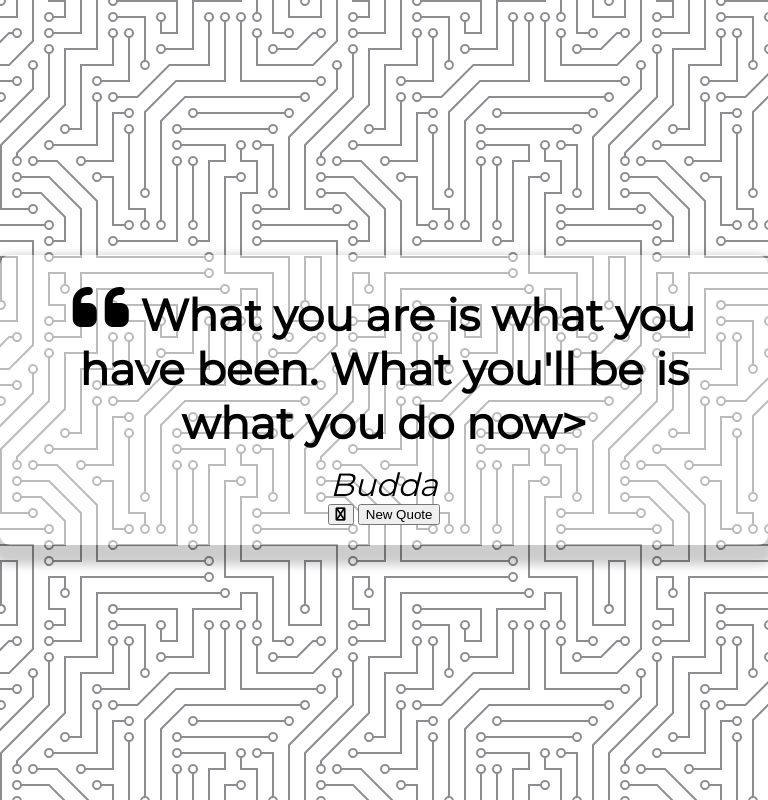
Repository: davidwood3/test-template
Page: .vscode/quote-generator/index.html
These files come from the project's save history. The page is drawn as it stood at one moment and after the next save; the edit follows.
The browser window is 768 px wide. The pictures show the whole page.
Some web libraries are served in a nearby version.

Above is the page before, as saved 2023-07-25 19:49:26.
Console error: SyntaxError: Unexpected token '<'

After the next save:
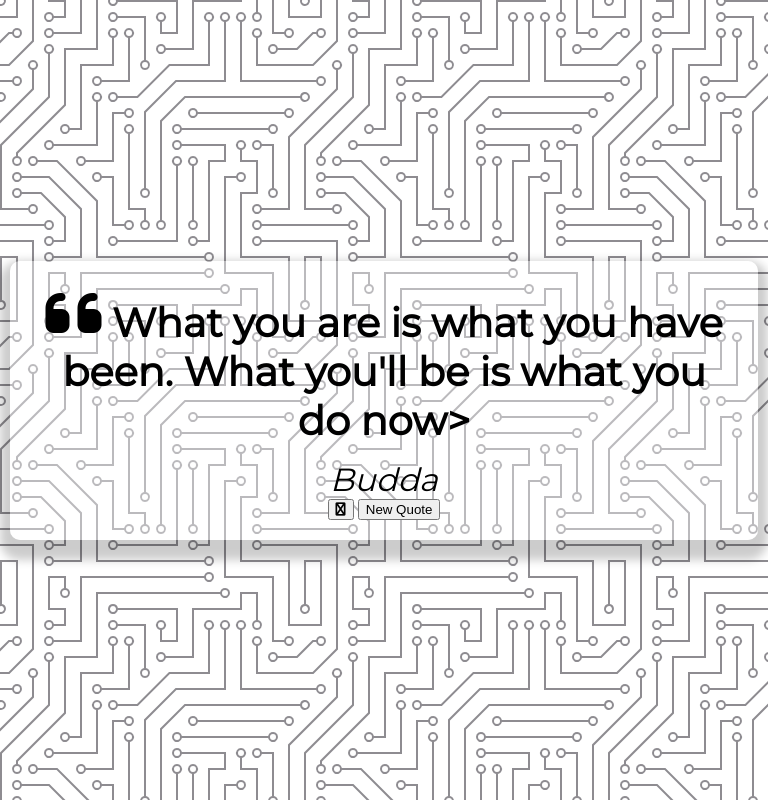
Saved 13 h 53 min later.
--- a/.vscode/quote-generator/style.css
+++ b/.vscode/quote-generator/style.css
@@ -45,3 +45,14 @@ body {
     font-weight: 400;
     font-style: italic;
 }
+
+/* Media Query: Tablet or smaller */
+@media screen and (max-width: 1000px) {
+    .quote-container {
+        margin: auto 10px;
+    }
+
+.quote-text {
+    font-size: 2.5rem;
+}
+}
